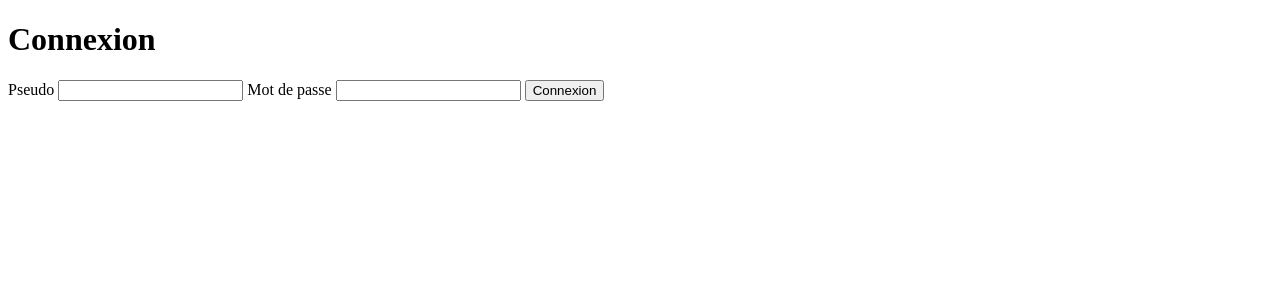
Repository: Yannis699/WW2_forum_project
Page: http://localhost/User/user_connexion.php
These files come from the project's save history. The page is drawn as it stood at one moment and after a run of saves; the edit follows.
The browser window is 1280 px wide. The pictures show the whole page.
The page is run by PHP 8.4 with error messages shown; the project is at /var/www/html/. db.php is not in the repository; a stand-in opens the database connection. Other server files are loaded and not shown.

Above is the page before, as saved 2022-05-19 02:59:06.

### User/user_connexion.php
<?php

require_once('../db.php');
require_once('index.php');

if(isset($_SESSIION['id'])){
    header('Location: /');
    die();
}

if (isset($_POST['connexion'])) {

    $data = array_map('trim', $_POST);
    extract($data);

    $valid = (bool) true;

    $pseudo = $data['pseudo'];
    $password = $data['password'];
    //echo iconv_strlen($pseudo, 'UTF-8'); exit;

    if (empty($pseudo)) {
        $valid = false;
        $err_pseudo = "Ce champ ne peut pas être vide";
    }

    if (empty($password)) {
        $valid = false;
        $err_password = "Le champ ne peut pas être vide";
    }


    if ($valid) {
        $req = $bdd->prepare("SELECT mdp FROM User WHERE pseudo = ?");
        $req->execute(array($pseudo));
        $req =  $req->fetch();

        if (isset($req['mdp'])) {
            if (!password_verify($password, $req['mdp'])) {
                $valid = false;
                $err_pseudo = "La combinaison est incorrecte";
            } else {
                $valid = false;
                $err_pseudo = "La combinaison est incorrecte";
            }
        }

        if ($valid) {

            if ($valid) {
                $req = $bdd->prepare('SELECT * FROM User WHERE pseudo = ?');

                $req->execute(array($pseudo));

                $req_user = $req->fetch();

                if (isset($req_user['id'])) {

                    $date_connexion = date('Y-m-d H:i:s');

                    $req = $bdd->prepare("UPDATE User SET date_connexion = ? WHERE id = ?");
                    $req->execute(array($date_connexion, $req_user['id']));

                    $_SESSION['id'] = $req_user['id'];
                    $_SESSION['pseudo'] = $req_user['pseudo'];
                    $_SESSION['mail'] = $req_user['mail'];
                    $_SESSION['role'] = $req_user['role'];

                    header('Location: User/index.php');
                } else {
                    $valid = false;
                    $err_pseudo = 'La combinaison est incorrecte';
                }
            }
        }
    }
}

?>

<!DOCTYPE html>
<html lang="en">

<head>
    <meta charset="UTF-8">
    <meta http-equiv="X-UA-Compatible" content="IE=edge">
    <meta name="viewport" content="width=device-width, initial-scale=1.0">
    <title>Connexion utilisateur</title>
</head>

<body>
    <h1> Connexion</h1>
    <form action="" method="post">

        <?php if (isset($err_pseudo)) {
            echo '<div>' . $err_pseudo . '<div>';
        } ?>

        <label for="pseudo">Pseudo</label>
        <input type="text" name="pseudo" id="pseudo" value=" <?php if (isset($pseudo)) {
                                                                    echo $pseudo;
                                                                } ?>">

        <?php if (isset($err_password)) {
            echo '<div>' . $err_password . '<div>';
        } ?>
        <label for=""> Mot de passe </label>
        <input type="password" name="password" id="" value="">

        <button type="submit" name="connexion">Connexion</button>
    </form>
</body>

</html>

### User/index.php
<?php

    session_start();
    require_once('../db.php');

    if(isset($_SESSION['id'])){
        $var = "Bonjour" . $_SESSION['pseudo'];
    } else {

    }
?>

After the next 2 saves:
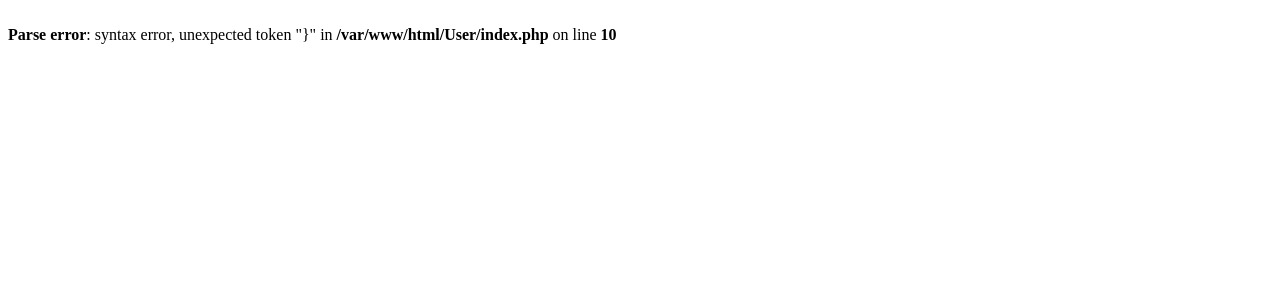
The 2 saves are shown as one change because they came seconds apart.
The last was saved 7 s later.
--- a/User/index.php
+++ b/User/index.php
@@ -6,6 +6,6 @@
     if(isset($_SESSION['id'])){
         $var = "Bonjour" . $_SESSION['pseudo'];
     } else {
-
+        $var =
     }
 ?>

After the 2 saves that followed:
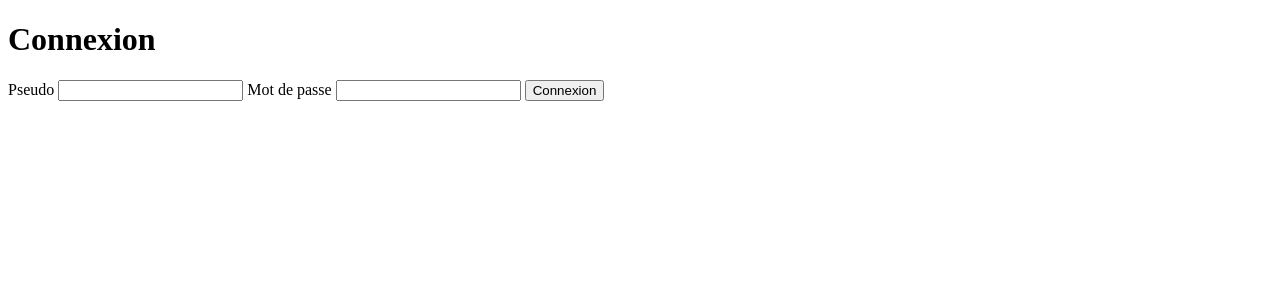
The 2 saves are shown as one change because they came seconds apart.
The last was saved 6 s later.
--- a/User/index.php
+++ b/User/index.php
@@ -6,6 +6,6 @@
     if(isset($_SESSION['id'])){
         $var = "Bonjour" . $_SESSION['pseudo'];
     } else {
-        $var =
+        $var = "Bonjour à tous";
     }
 ?>
